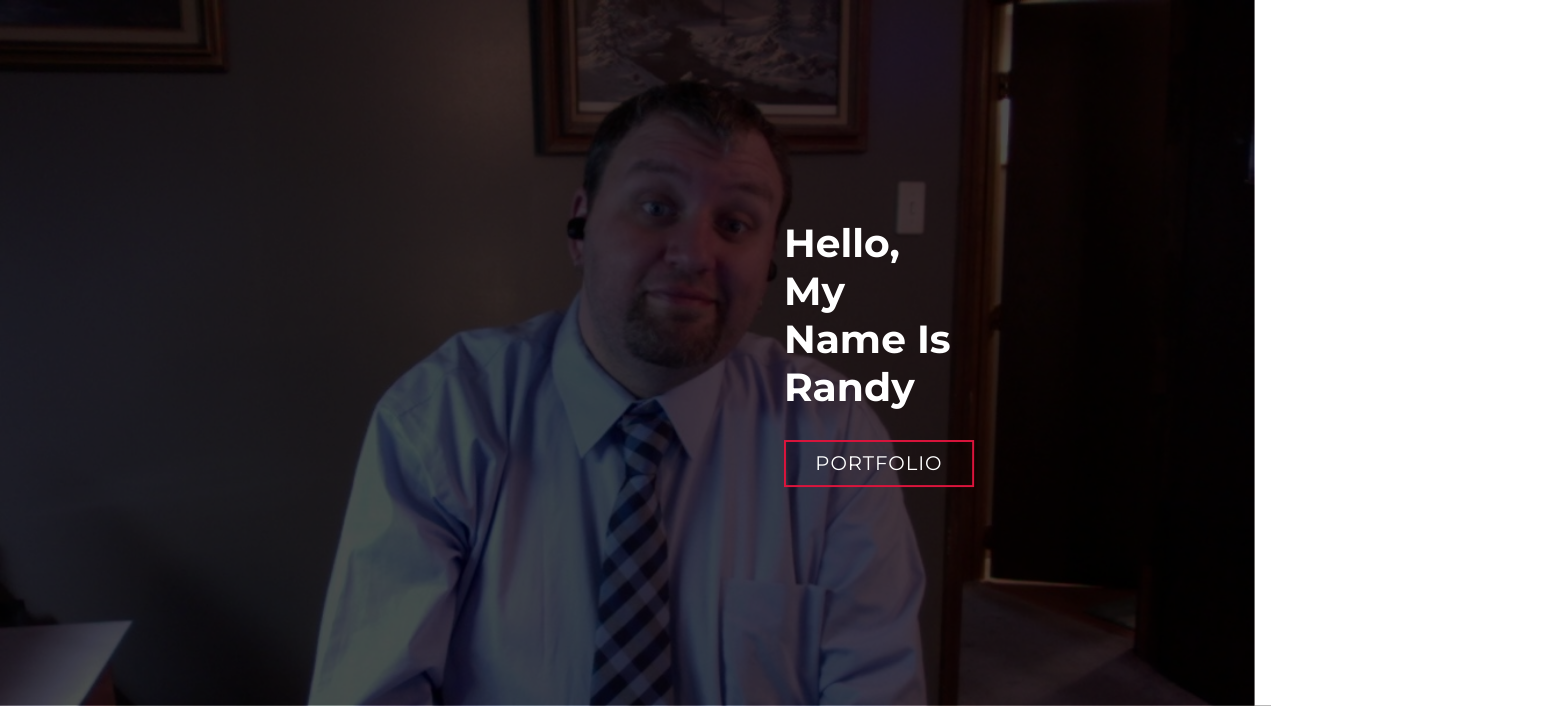
Repository: randysteele/my-portfolio-2023
Page: index.html
These files come from the project's save history. The page is drawn as it stood at one moment and after the next save; the edit follows.
The browser window is 1280 px wide. The page is 1600 px wide, then 1280 px, so the pictures cover 1600 px, including what lies to the right of the window. The pictures show the whole page, at 98% of full size.

Above is the page before, as saved 2023-04-23 12:37:25.

### index.html
<!DOCTYPE html>
<html lang="en">
<head>
    <meta charset="UTF-8">
    <meta http-equiv="X-UA-Compatible" content="IE=edge">
    <meta name="viewport" content="width=device-width, initial-scale=1.0">
    <link rel="stylesheet" href="style.css">
    <title>Randy Steele Portfolio</title>
</head>
<body>
    <!-- Hero Section -->
    <section id="hero">
        <div class="hero container">
            <div>
            <h1>Hello, <span></span></h1>
            <h1>My Name Is <span></span></h1>
            <h1>Randy <span></span></h1>
            <a href="#" type="button" class="cta">Portfolio</a>
        </div>
    </div>
    </section>


    <!-- End Hero Section -->
</body>
</html>

### style.css
@import url('https://fonts.googleapis.com/css2?family=Montserrat:wght@300;400;700&display=swap');
* {
    padding: 0;
    margin: 0;
    box-sizing: border-box;
}
html {
    font-size: 10px;
    font-family: "Montserrat", "sans-serif";
}
a {
    text-decoration: none;
}
.container {
    min-height: 100vh;
    width: 100%;
    display: flex;
    align-items: center;
    justify-content: center;
}
/* Hero Section */
#hero {
    background-image: url(./img/me1.jpeg);
    background-size: cover;
    background-position: top center;
    position: relative;
    z-index: 1;
}
#hero::after{
    content: '';
    position: absolute;
    left: 0;
    top: 0;
    height: 100%;
    width: 100%;
    background-color: black;
    opacity: 0.7;
    z-index: -1;
}
#hero .hero{
    max-width: 1200px;
    margin: 0 auto;
    padding: 0 50pc;
    justify-content: flex-start;
}
#hero h1{
    display: block;
    width: fit-content;
    font-size: 4rem;
    position: relative;
    color: transparent;
    animation: text_reveal 1s ease forwards;
    animation-delay: 1s
}
#hero h1:nth-child(1){
    animation-delay: 1s;
}
#hero h1:nth-child(2){
    animation-delay: 2s;
}
#hero h1:nth-child(3){
    animation-delay: 3s;
}

#hero .cta {
  display: inline-block;
  padding: 10px 30px;
  color: white;
  background-color: transparent;
  border: 2px solid crimson;
  font-size: 2rem;
  text-transform: uppercase;
  letter-spacing: 0.1rem;
  margin-top: 30px;
  transition: 0.3s ease;
  transition-property: background-color, color;
}
#hero .cta:hover {
    color: white;
    background-color: crimson;
}
#hero h1 span {
    position: absolute;
    top: 0;
    left: 0;
    height: 100%;
    width: 0;
    background-color: crimson;
    animation: text_reveal_box 1s ease;
    animation-delay: .3s;
}

#hero h1:nth-child(1) span {
    animation-delay: 1s;
}
#hero h1:nth-child(2) span {
    animation-delay: 2s;
}

#hero h1:nth-child(3) span {
    animation-delay: 3s;
}

/* End Hero Section */

/* Keyframes */

@keyframes text_reveal_box {
    50%{
        width: 100%;
        left: 0;
    }
    100%{
        width: 0;
        left: 100%;
    }
}
@keyframes text_reveal{
    100%{
        color: white;

    }
}

After the next save:
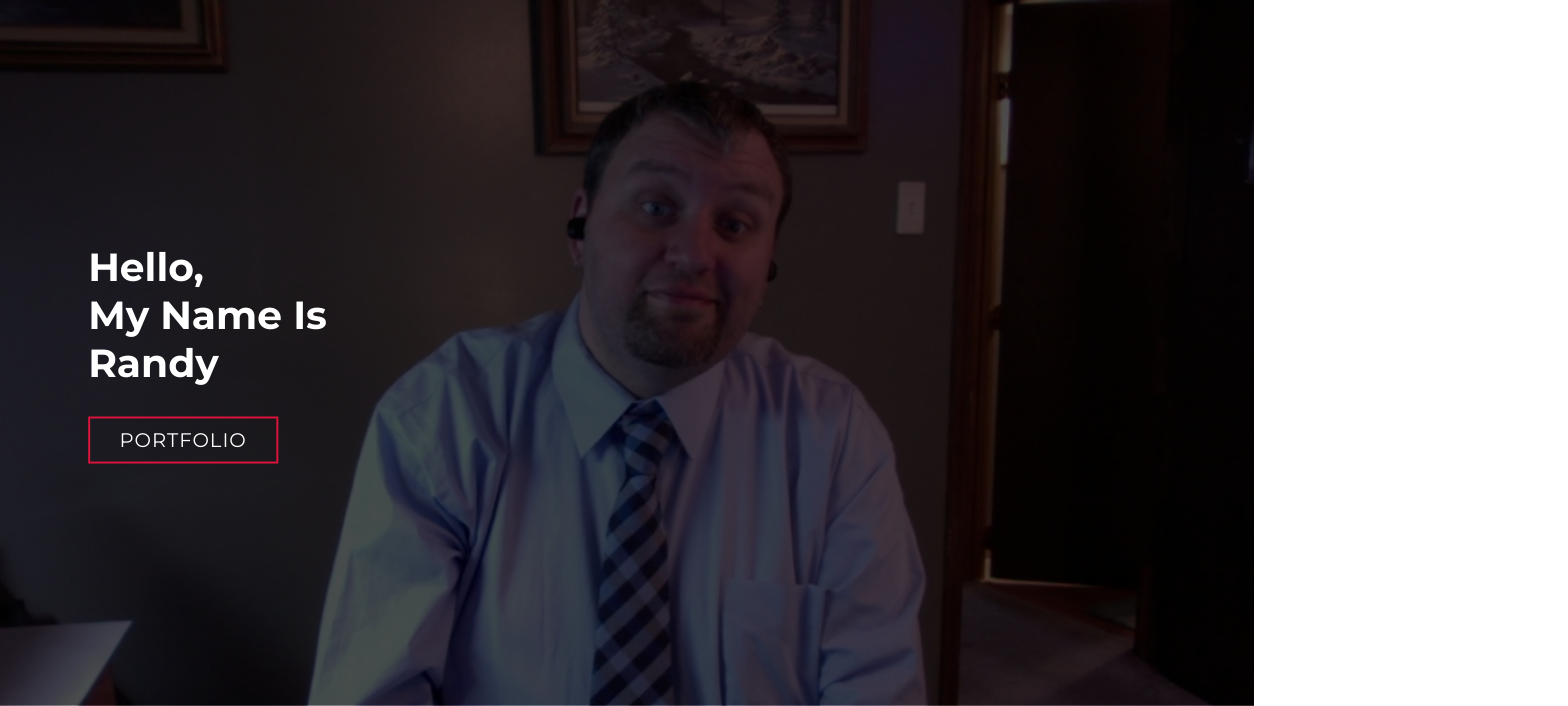
Saved 38 s later.
--- a/style.css
+++ b/style.css
@@ -40,7 +40,7 @@ a {
 #hero .hero{
     max-width: 1200px;
     margin: 0 auto;
-    padding: 0 50pc;
+    padding: 0 50px;
     justify-content: flex-start;
 }
 #hero h1{
